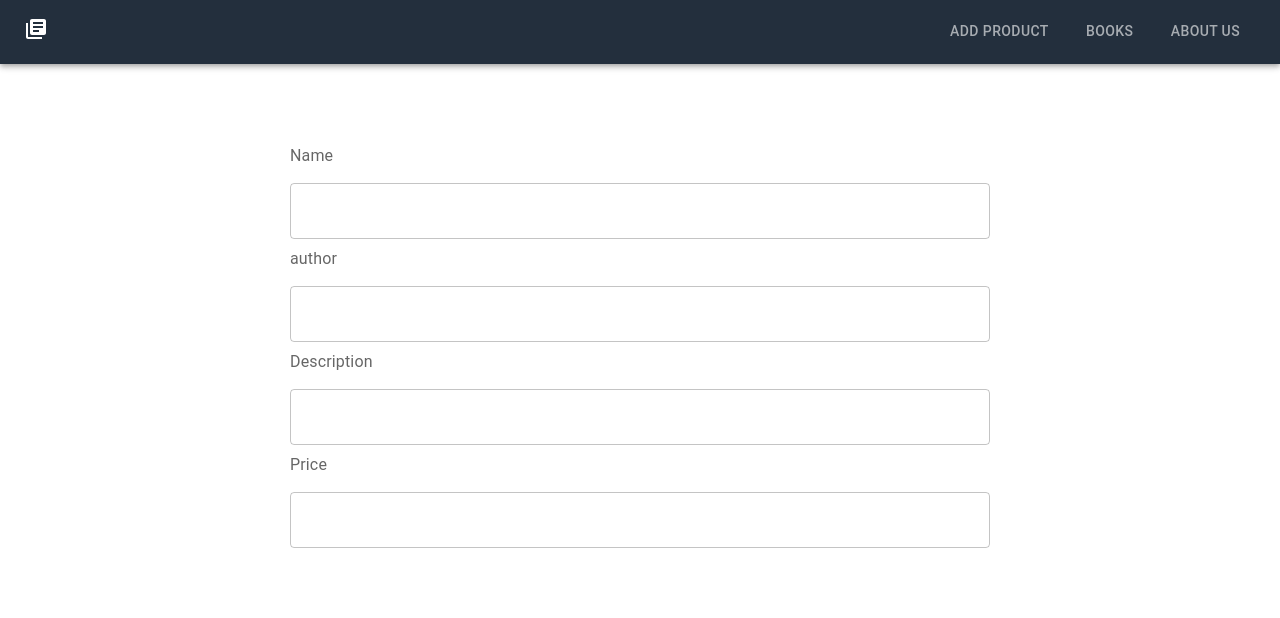
Repository: CydexCode/Book_Store_App-MERN-Stack
Page: /add (app in book-store/)
These files come from the project's save history. The page is drawn as it stood at one moment and after the next save; the edit follows.
The browser window is 1280 px wide. The pictures show the whole page.
The project was rebuilt for these pictures with package versions that can differ from the ones it lists, and the page was loaded fresh each time. Also part of the build but not shown: book-store/src/components/Home.js, book-store/src/components/Book/Book.css, book-store/src/components/Book/Book.js, book-store/src/components/Book/Books.js, book-store/src/components/About.js.

Above is the page before, as saved 2022-09-08 13:30:52.

### book-store/src/index.js
import React from 'react';
import ReactDOM from 'react-dom/client';
import './index.css';
import App from './App';
import { BrowserRouter } from 'react-router-dom';


const root = ReactDOM.createRoot(document.getElementById('root'));
root.render(
  <BrowserRouter>
  <React.StrictMode>
    <App />
  </React.StrictMode>
  </BrowserRouter>
);

// If you want to start measuring performance in your app, pass a function
// to log results (for example: reportWebVitals(console.log))
// or send to an analytics endpoint. Learn more: https://bit.ly/CRA-vitals

### book-store/src/index.css
/*body {
  margin: 0;
  font-family: -apple-system, BlinkMacSystemFont, 'Segoe UI', 'Roboto', 'Oxygen',
    'Ubuntu', 'Cantarell', 'Fira Sans', 'Droid Sans', 'Helvetica Neue',
    sans-serif;
  -webkit-font-smoothing: antialiased;
  -moz-osx-font-smoothing: grayscale;
}

code {
  font-family: source-code-pro, Menlo, Monaco, Consolas, 'Courier New',
    monospace;
} */

*{
  padding: 0;
  margin: 0;
}

### book-store/src/App.js
import React  from "react";
import Header from "./components/Header";
import { Route ,Routes } from 'react-router-dom';
import Home from "./components/Home";
import AddBook from "./components/AddBook";
import Books from "./components/Book/Books";
import About from "./components/About";


function App() {
  return (

   <React.Fragment>
    <header>
    <Header />
    </header>
    <main>
      <Routes>
        <Route path="/" element={<Home />} exact />
        <Route path="/add" element={<AddBook />} exact />
        <Route path="/books" element={<Books />} exact />
        <Route path="/about" element={<About />} exact />
      </Routes>
    </main>
    </React.Fragment>
  );
}

export default App;

### book-store/src/components/Header.js
import React, { useState } from 'react';
import { AppBar, Tab, Tabs, Toolbar, Typography } from "@mui/material";
import LibraryBooksIcon from '@mui/icons-material/LibraryBooks';
import { NavLink} from 'react-router-dom';
const Header = () => {
    const [value, setValue] = useState();
  return (
    <div>
      <AppBar sx={{ backgroundColor:"#232F3D"}} position='sticky'>
<Toolbar>
<Typography>
            <LibraryBooksIcon />
            </Typography>

            <Tabs sx={{ml:"auto"}} textColor="inherit" indicatorColor="secondary" value={value} onChange={(e,val) =>setValue(val)}>
                <Tab LinkComponent={NavLink} to="/add" label="Add product" />
                <Tab  LinkComponent={NavLink} to="/books" label="Books" />
                <Tab  LinkComponent={NavLink} to="/about" label="About Us" />
            </Tabs>

</Toolbar>
      </AppBar>
    </div>
  );
};

export default Header;

### book-store/src/components/AddBook.js
import { FormLabel, TextField } from '@mui/material';
import { Box } from '@mui/system';
import React from 'react';

const AddBook = () => {
  return (
<form>
    <Box display='flex' flexDirection='column' justifyContent={'center'} maxWidth={700} alignContent={'center'} alignSelf='center' marginLeft={"auto"} marginRight='auto' marginTop={10}>
    <FormLabel>Name</FormLabel>
<TextField margin='normal' fullWidth variant='outlined' name='name'/>
<FormLabel>author</FormLabel>
<TextField margin='normal' fullWidth variant='outlined' name='author'/>
<FormLabel>Description</FormLabel>
<TextField margin='normal' fullWidth variant='outlined' name='description'/>
<FormLabel>Price</FormLabel>
<TextField type="number" margin='normal' fullWidth variant='outlined' name='price'/>
</Box>

  </form>

  ) ;
};

export default AddBook;

Loaded but not shown: book-store/public/index.html (common file)

After the next save:
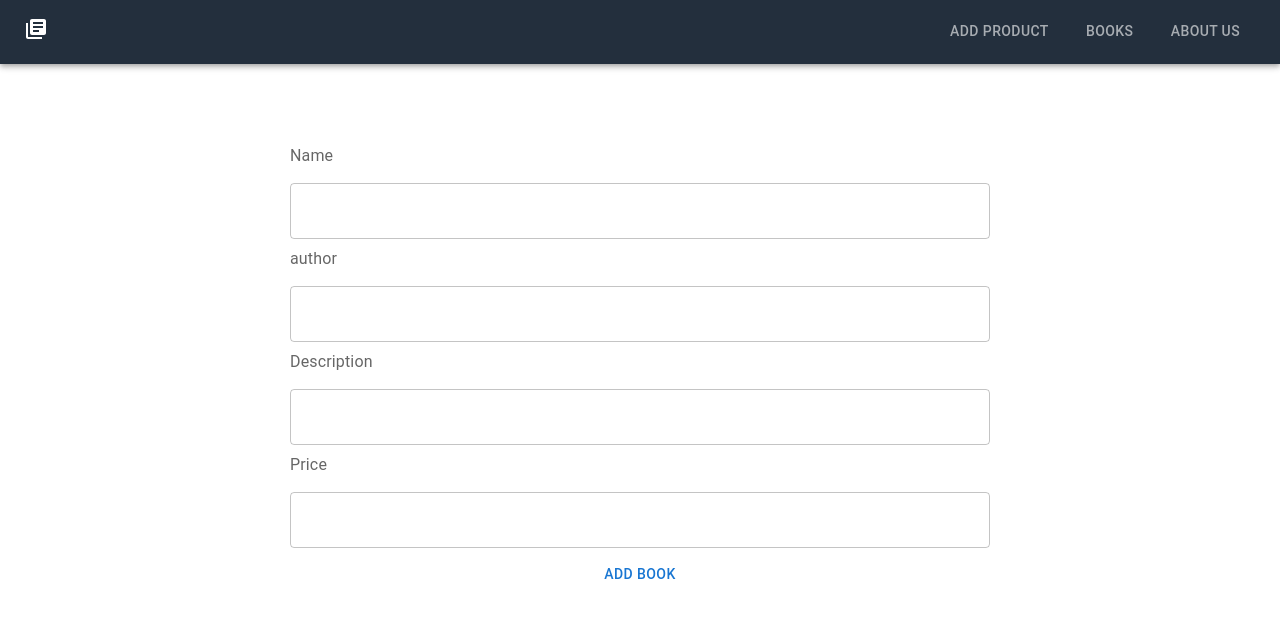
Saved 2 min 1 s later.
--- a/book-store/src/components/AddBook.js
+++ b/book-store/src/components/AddBook.js
@@ -1,4 +1,4 @@
-import { FormLabel, TextField } from '@mui/material';
+import { Button, FormLabel, TextField } from '@mui/material';
 import { Box } from '@mui/system';
 import React from 'react';
 
@@ -14,6 +14,9 @@ const AddBook = () => {
 <TextField margin='normal' fullWidth variant='outlined' name='description'/>
 <FormLabel>Price</FormLabel>
 <TextField type="number" margin='normal' fullWidth variant='outlined' name='price'/>
+
+<Button type='submit'>Add Book</Button>
+
 </Box>
 
   </form>
